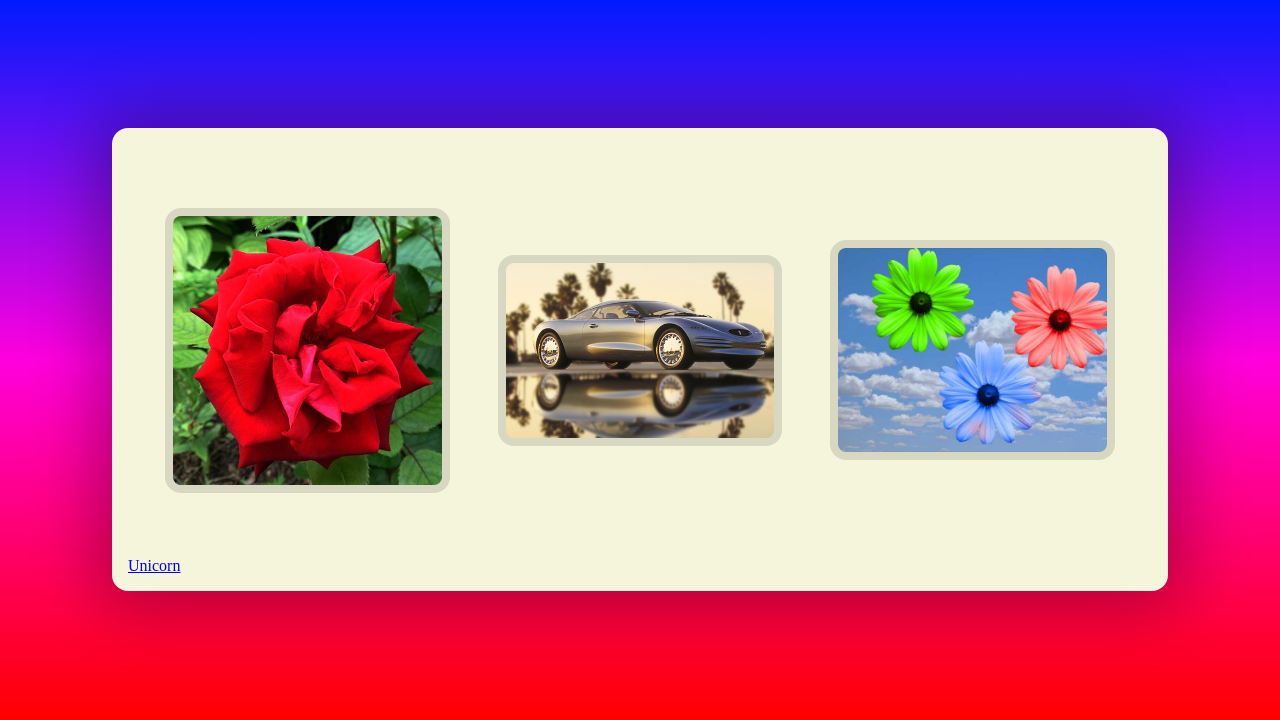
Repository: ViggoSkj/VGY
Page: ovningar/photoshopovning/photoshopovning.html
An editor plug-in stored every save of this project. The page is shown before and after the next save, followed by the edit.
The browser window is 1280 px wide. The pictures show the whole page.

Above is the page before, as saved 2022-11-27 12:21:02.

After the next save:
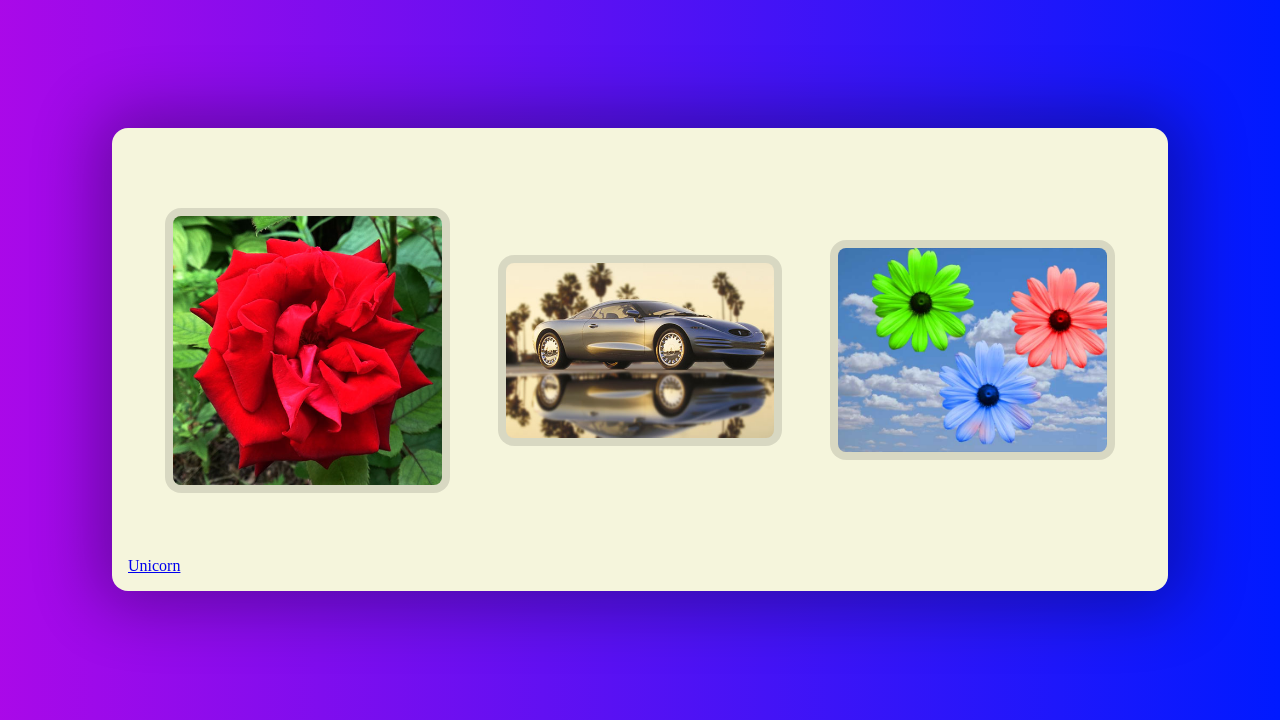
Saved 6 s later.
--- a/ovningar/photoshopovning/public/css/style.css
+++ b/ovningar/photoshopovning/public/css/style.css
@@ -1,6 +1,6 @@
 body
 {
-    background-image: linear-gradient(0deg, rgb(255, 0, 0) 0%, rgb(255, 0, 221) 50%, rgb(0, 26, 255) 100%);
+    background-image: linear-gradient(90deg, rgb(255, 0, 0) 0%, rgb(255, 0, 221) 50%, rgb(0, 26, 255) 100%);
     background-size: 300% 100%;
     display: flex;
     height: 300%;
